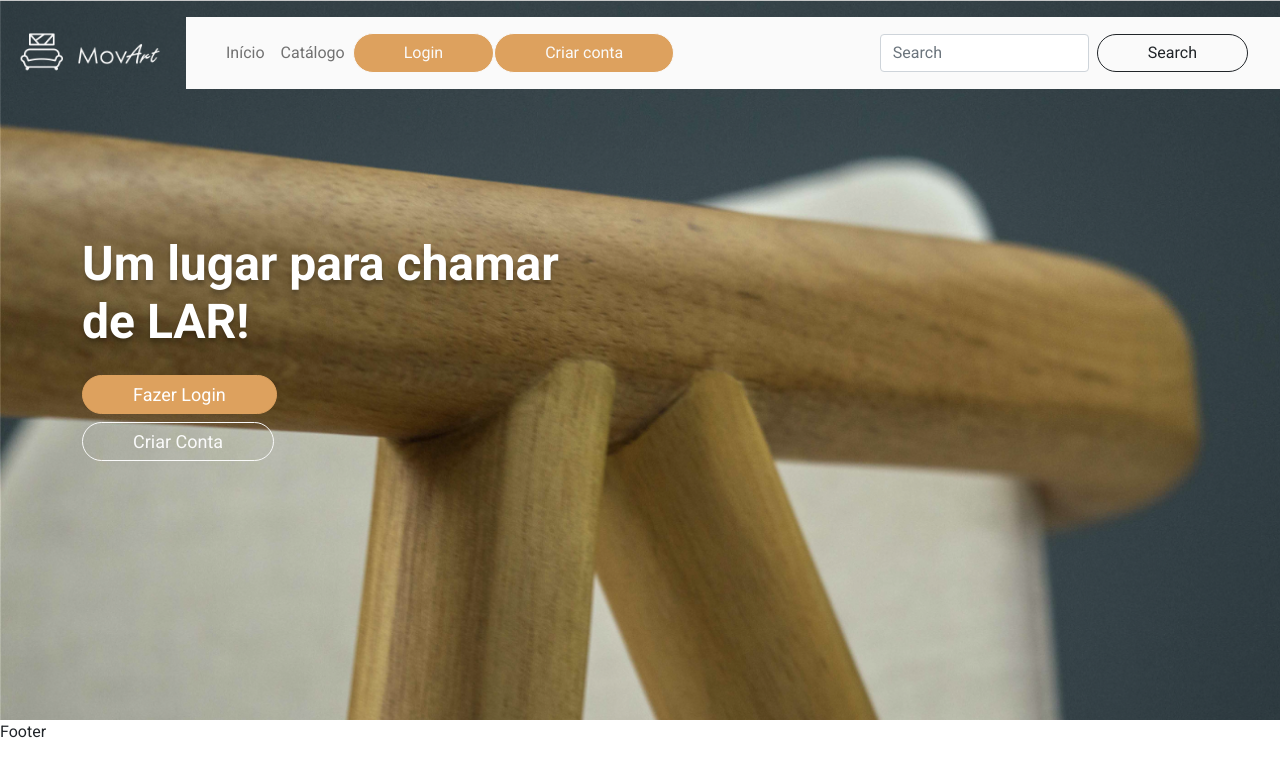
Repository: telesbp/Projeto-4-e-Projeto-5
Page: / (app in front-end/)
These files come from the project's save history. The page is drawn as it stood at one moment and after the next save; the edit follows.
The browser window is 1280 px wide. The pictures show the whole page.
The project was rebuilt for these pictures with package versions that can differ from the ones it lists, and the page was loaded fresh each time.

Above is the page before, as saved 2022-07-17 17:25:07.

After the next save:
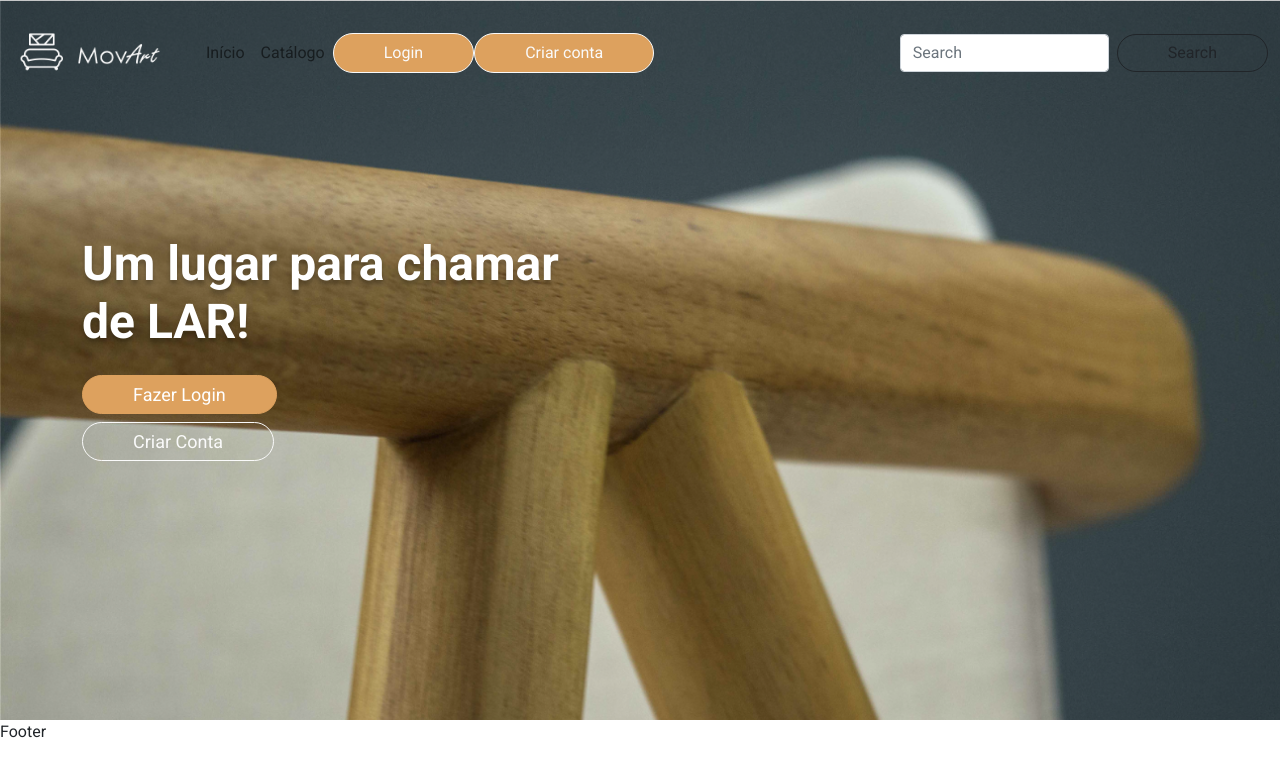
Saved 63 s later.
--- a/front-end/src/components/Layout/Header.tsx
+++ b/front-end/src/components/Layout/Header.tsx
@@ -33,7 +33,9 @@ export function Header() {
     )
 }
 const NavBarCollapseStyled = styled(Navbar.Collapse)`
-    background-color:#fafafa ;
+   @media (max-width: 991px) {
+   background-color:#fafafa ;
     margin: 0 -12px;
     padding: 1rem 2rem;
+}
 `
